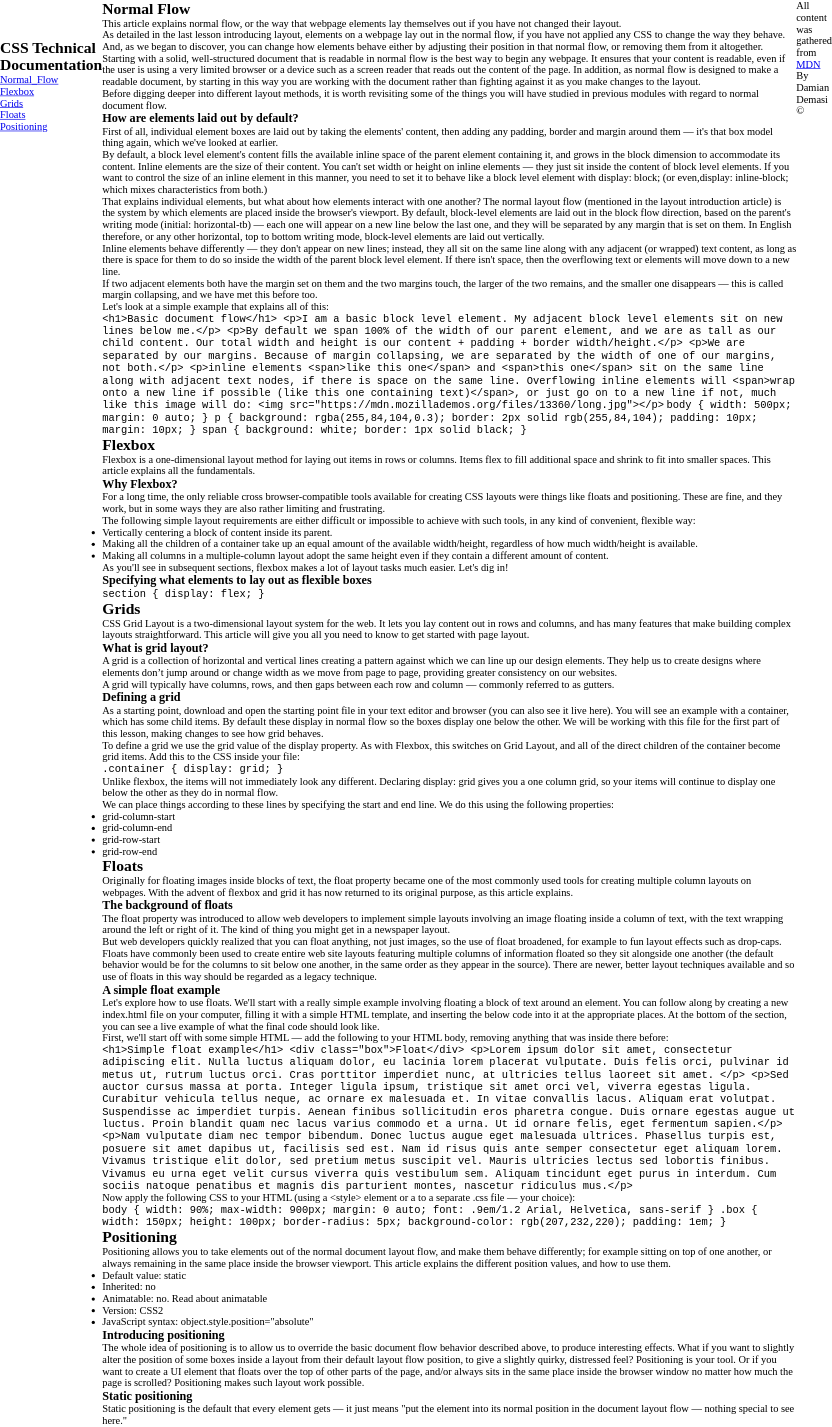
Repository: Colo-Codes/freecodecamp-04-Technical-Documentation-Page
Page: index.html
These files come from the project's save history. The page is drawn as it stood at one moment and after the next save; the edit follows.
The browser window is 1280 px wide. The pictures show the whole page, at 65% of full size.

Above is the page before, as saved 2021-05-21 11:25:37.

After the next save:
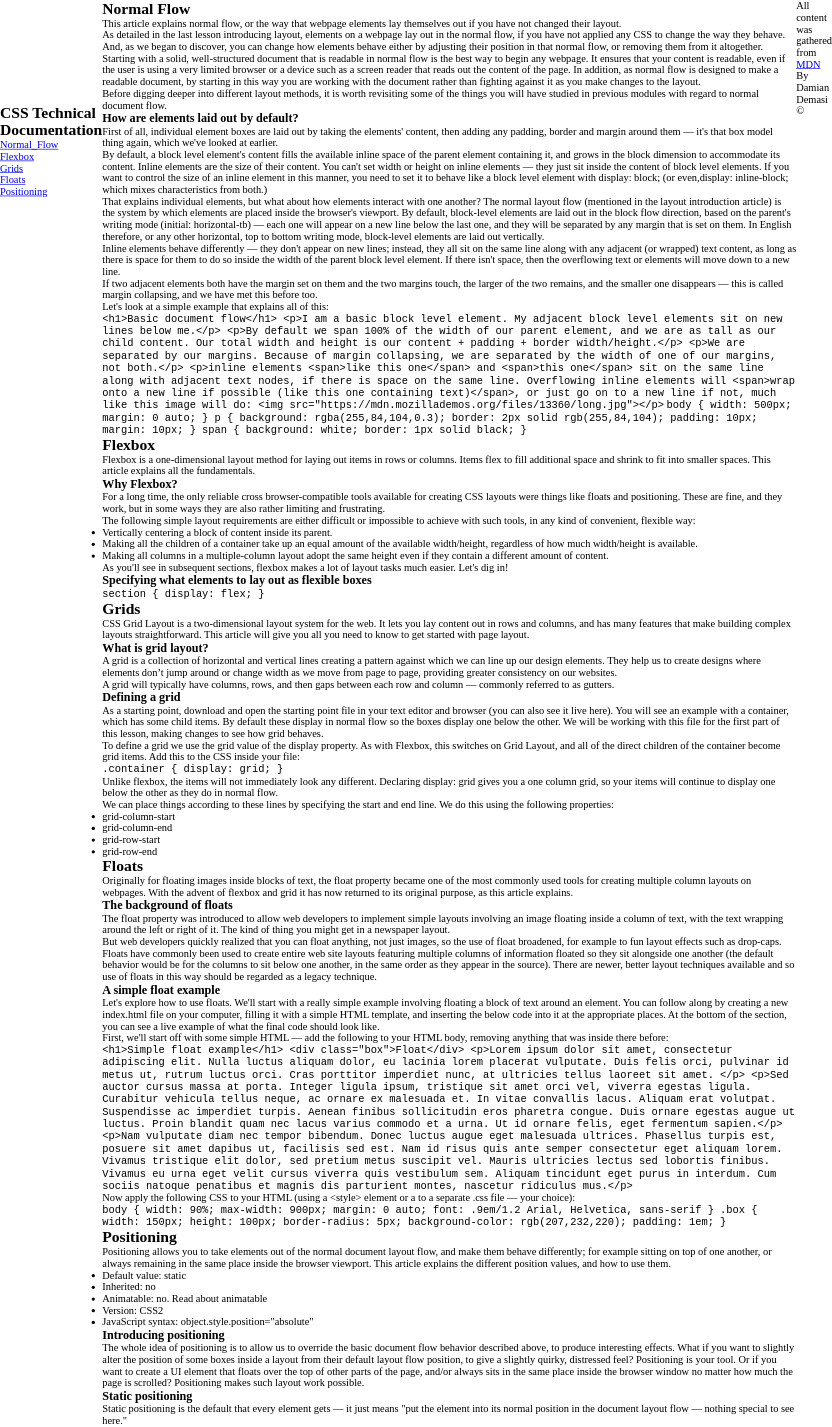
Saved 12 s later.
--- a/resources/css/index.css
+++ b/resources/css/index.css
@@ -19,7 +19,7 @@ body {
 }
 
 #navbar {
-    margin-top: 60px;
+    margin-top: 160px;
     position: sticky;
     top: 20px;
 }
